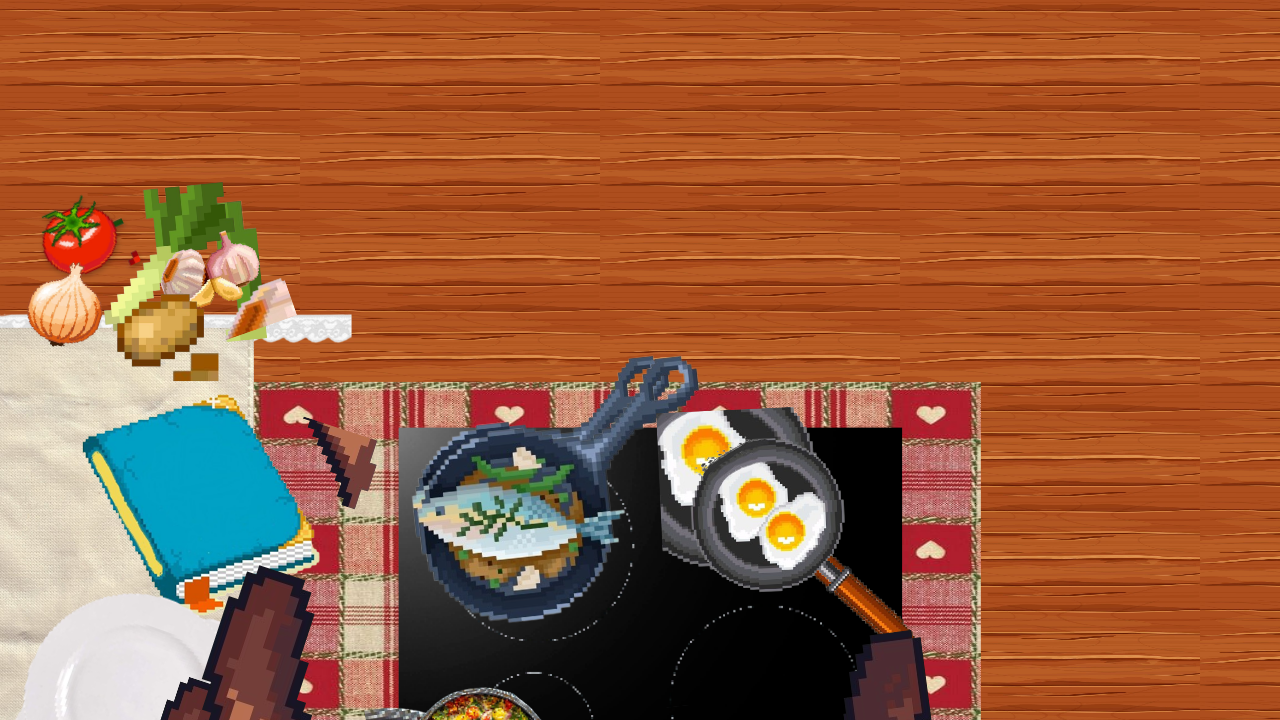
Repository: AJamdonuts/ToddyTalks
Page: playingaround2/pages/chefsujin.html
The author's editor kept a copy of each file at every save. The page is drawn from the files as they stood at one save, then again after the next save.
The browser window is 1280 px wide. The pictures show the whole page.

Above is the page before, as saved 2025-11-26 20:19:24.

After the next save:
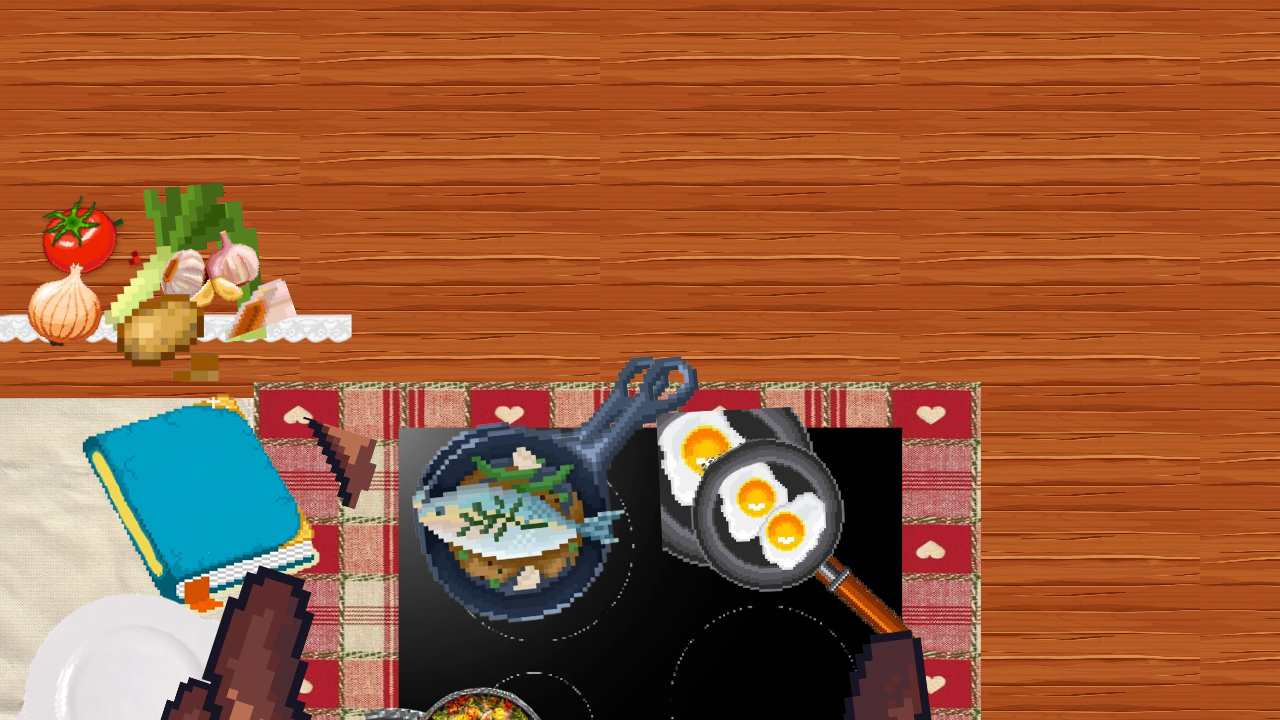
Saved 13 s later.
--- a/playingaround2/styles/chefsujin.css
+++ b/playingaround2/styles/chefsujin.css
@@ -158,7 +158,7 @@ background: url(pxArt-2.png);
     width: 476px;
     height: 700px;
     left: -115px;
-    top: 250px;
+    top: 350px;
     background: url(b41e50d46e26e9463ce130b2da7a46aa.jpg);
 }
 
